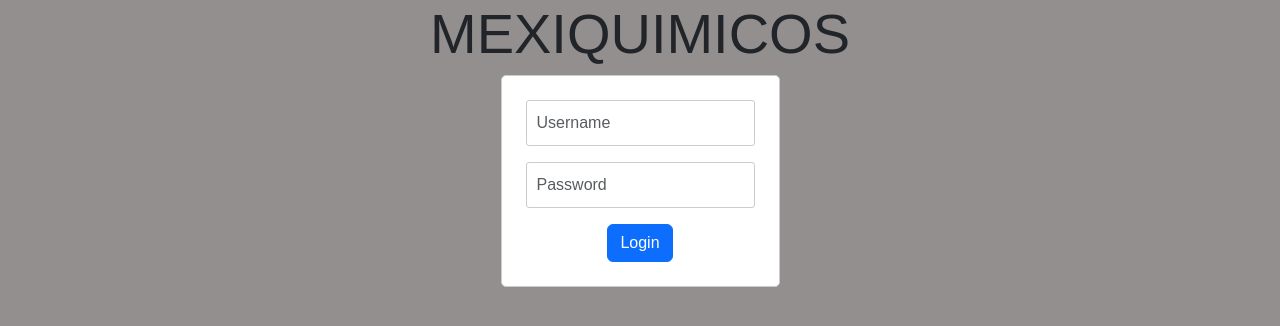
Repository: iDiv3r/MexiQuimicosIsay
Page: Index.html
An editor plug-in stored every save of this project. The page is shown before and after the next save, followed by the edit.
The browser window is 1280 px wide. The pictures show the whole page.

Above is the page before, as saved 2023-11-25 00:00:34.

### Index.html
<!DOCTYPE html>
<html lang="es">
<head>
  <meta charset="UTF-8">
  <title>MEXIQUIMICO</title>
  <link rel="stylesheet" href="https://cdn.jsdelivr.net/npm/bootstrap@5.3.0/dist/css/bootstrap.min.css">
  <style>
    body {
      background-color: #6f6a6abe;
      font-family: Arial, sans-serif;
    }

    h1 {
      text-align: center;
      color: #a98c8c;
    }

    form {
      max-width: 300px;
      margin: 0 auto;
      padding: 20px;
      background-color: #fff;
      border: 1px solid #ccc;
      border-radius: 5px;
    }

    input[type="text"],
    input[type="password"] {
      width: 100%;
      padding: 10px;
      margin-bottom: 10px;
      border: 1px solid #ccc;
      border-radius: 3px;
    }

    input[type="submit"] {
      width: 100%;
      padding: 10px;
      background-color: #333;
      color: #fff;
      border: none;
      border-radius: 3px;
      cursor: pointer;
    }

    input[type="submit"]:hover {
      background-color: #555;
    }
  </style> <!-- Aquí se corrigió el cierre del bloque de estilos -->
</head>
<body>
  <h1 class="display-4 text-align-absolute text-dark">MEXIQUIMICOS</h1>

  <div class="container text-center ">
    <div class="row justify-content-md-center">
      <div></div>
      <div class="col-md-auto">
  <form class="p-4">
    <div class="mb-3">
      <input type="text" class="form-control" placeholder="Username" required>
    </div>
    <div class="mb-3">
      <input type="password" class="form-control" placeholder="Password" required>
    </div>
    <button type="submit" class="btn btn-primary">Login</button>
  </form></div></div>
</div>
</body>
</html>

After the next save:
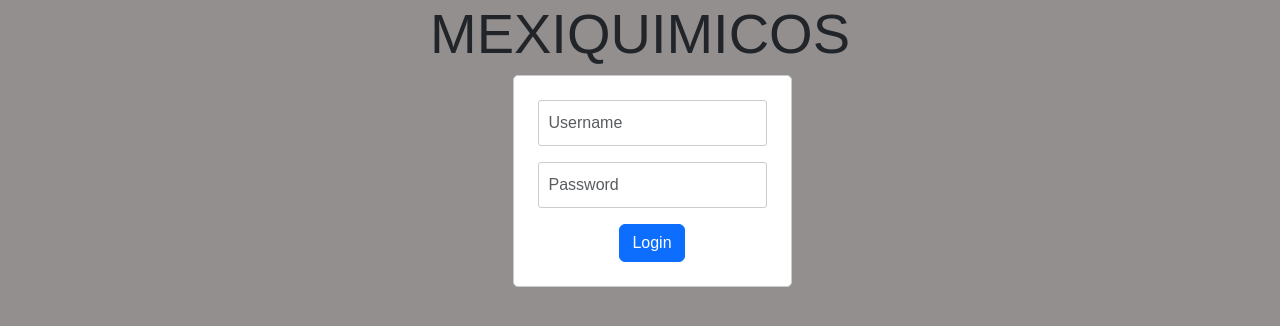
Saved 15 s later.
--- a/Index.html
+++ b/Index.html
@@ -53,7 +53,7 @@
 
   <div class="container text-center ">
     <div class="row justify-content-md-center">
-      <div></div>
+      <div class="col-md-auto"></div>
       <div class="col-md-auto">
   <form class="p-4">
     <div class="mb-3">
